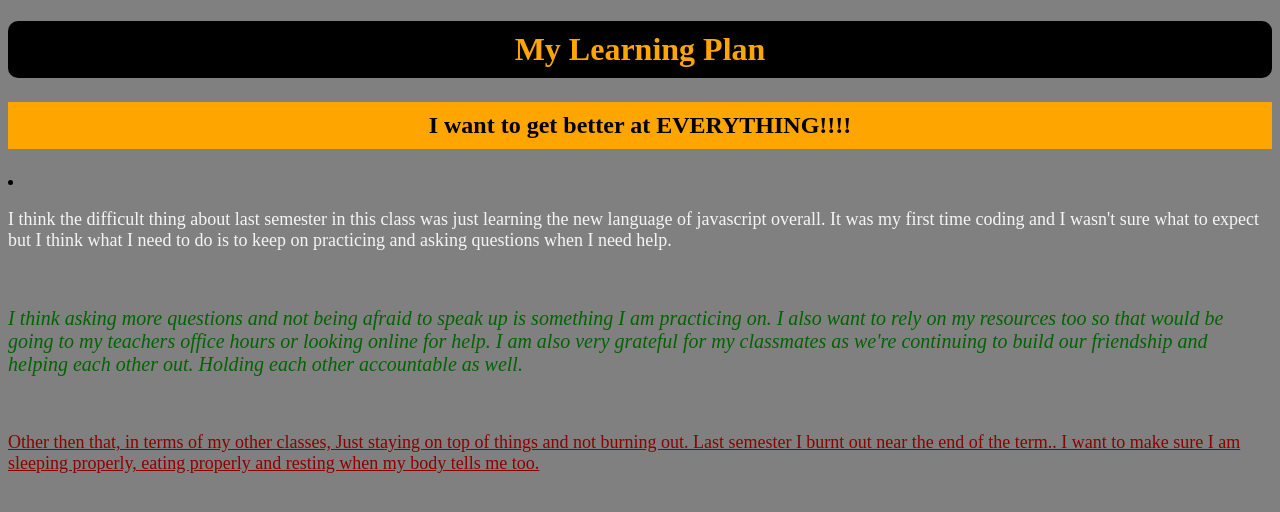
Repository: boofoo-png/mdia-2109
Page: Lab 3/learning-plan.html
The author's editor kept a copy of each file at every save. The page is drawn from the files as they stood at one save, then again after the next save.
The browser window is 1280 px wide. The pictures show the whole page.

Above is the page before, as saved 2026-02-02 11:19:00.

### Lab 3/learning-plan.html
<!doctype html>
<html lang="en">
    <head>
        <meta charset="UTF-8" />
        <meta name="viewport" content="width=device-width, initial-scale=1.0" />
        <title>Learning Plan</title>
        <link rel="stylesheet" href="styles.css" />
    </head>
    <body>
        <h1>My Learning Plan</h1>
        <p class="title">I want to get better at EVERYTHING!!!!</p>
        <li>
           <ol></ol> <p class="intro">
                I think the difficult thing about last semester in this class
                was just learning the new language of javascript overall. It was
                my first time coding and I wasn't sure what to expect but I
                think what I need to do is to keep on practicing and asking
                questions when I need help.
            </p>
            <br />
            <p class="maingoal">
                I think asking more questions and not being afraid to speak up
                is something I am practicing on. I also want to rely on my
                resources too so that would be going to my teachers office hours
                or looking online for help. I am also very grateful for my
                classmates as we're continuing to build our friendship and
                helping each other out. Holding each other accountable as well.
            </p>
            <br />
            <p class="ending">
                Other then that, in terms of my other classes, Just staying on
                top of things and not burning out. Last semester I burnt out
                near the end of the term.. I want to make sure I am sleeping
                properly, eating properly and resting when my body tells me too.
            </p>
        </li>
    </body>
</html>

### Lab 3/styles.css
h1 {
    color: orange;
    text-align: center;
    justify-content: center;
    border-radius: 10px;
    background-color: black;
    padding: 10px;
    font-family: "Times New Roman", Times, serif;
}

p.title {
    font-size: 24px;
    font-weight: bold;
    color: black;
    justify-content: center;
    text-align: center;
    padding: 10px;
    background-color: orange;
    font-family: "Times New Roman", Times, serif;
}

p.intro {
    font-size: 18px;
    color: whitesmoke;
}

p.maingoal {
    font-size: 20px;
    font-style: italic;
    color: darkgreen;
}

p.ending {
    font-size: 18px;
    text-decoration: underline;
    color: darkred;
}

body {
    background-color: grey;
}

After the next save:
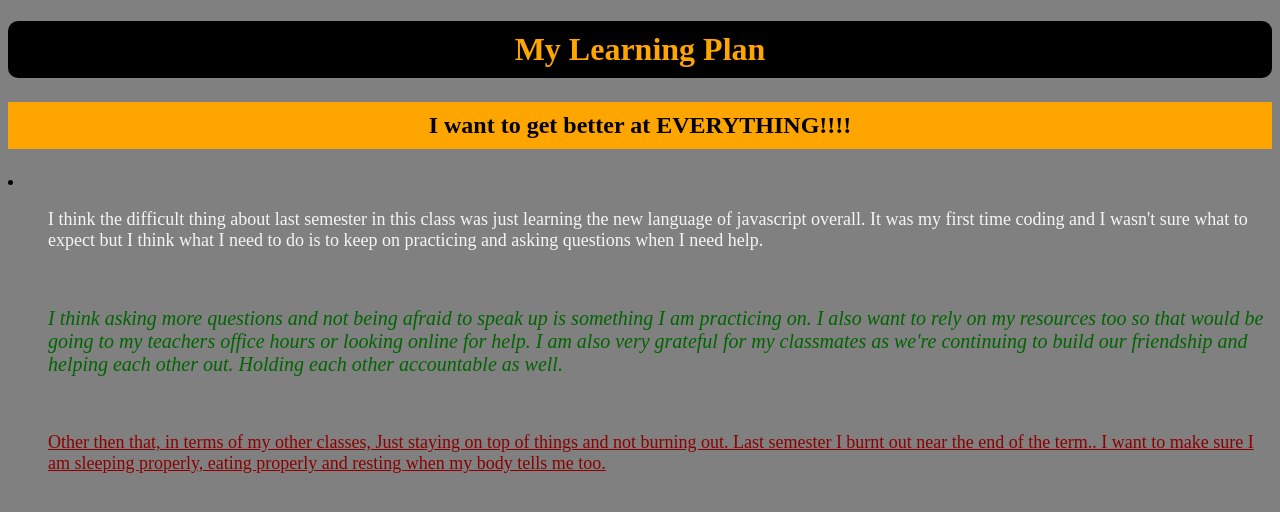
Saved 4 s later.
--- a/Lab 3/learning-plan.html
+++ b/Lab 3/learning-plan.html
@@ -10,7 +10,7 @@
         <h1>My Learning Plan</h1>
         <p class="title">I want to get better at EVERYTHING!!!!</p>
         <li>
-           <ol></ol> <p class="intro">
+           <ol> <p class="intro">
                 I think the difficult thing about last semester in this class
                 was just learning the new language of javascript overall. It was
                 my first time coding and I wasn't sure what to expect but I
